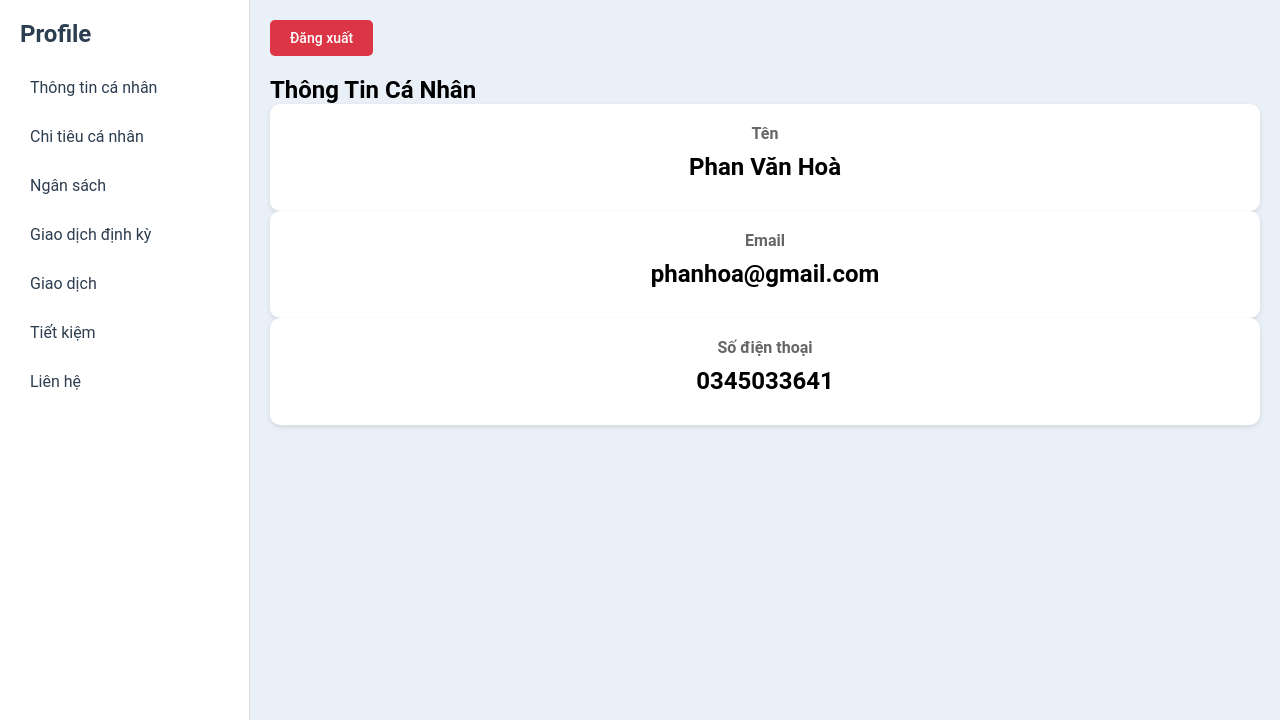
Repository: PhanVanHoa051204/Project3
Page: http://localhost/Project3/profile.jsp
The author's editor kept a copy of each file at every save. The page is drawn from the files as they stood at one save, then again after the next save.
The browser window is 1280 px wide. The pictures show the whole page.
The page is served by Tomcat 9. Other server files are loaded and not shown.

Above is the page before, as saved 2025-03-14 14:24:22.

### PhanVanHoa_2210900023_K22CNT1/Project3/src/main/webapp/profile.jsp
<%@ page language="java" contentType="text/html; charset=UTF-8" pageEncoding="UTF-8"%>
<!DOCTYPE html>
<html lang="en">
<head>
    <meta charset="UTF-8">
    <meta name="viewport" content="width=device-width, initial-scale=1.0">
    <title>Profile</title>
    <link rel="stylesheet" href="style.css">
</head>
<body>
    <div class="container">
        <!-- Sidebar -->
        <div class="sidebar">
            <div class="logo">Profile</div>
            <ul>
                <li><a href="#">Thông tin cá nhân</a></li>

                <li><a href="${pageContext.request.contextPath}/ChiTieu/categories.jsp">Chi tiêu cá nhân</a></li>
                <li><a href="#"> Ngân sách</a></li>
                <li><a href="#"> Giao dịch định kỳ</a></li>
                <li><a href="#"> Giao dịch</a></li>
                <li><a href="#">Tiết kiệm</a></li>
                <li><a href="https://web.facebook.com/PhanHoa05122004">Liên hệ</a></li>
            </ul>
        </div>

        <!-- Main Content -->
        <div class="main-content">
            <header>
                <div class="submit-section">
                    <a href="login.jsp" class="logout-btn">Đăng xuất</a>
                </div>
            </header>

            <!-- Profile Content -->
            <div class="dashboard-content">
                <h2>Thông Tin Cá Nhân</h2>
                <div class="profile-cards">
                    <div class="card">
                        <h3>Tên</h3>
                        <p>Phan Văn Hoà</p>
                    </div>
                    <div class="card">
                        <h3>Email</h3>
                        <p>phanhoa@gmail.com</p>
                    </div>
                    <div class="card">
                        <h3>Số điện thoại</h3>
                        <p>0345033641</p>
                    </div>
                </div>


            </div>
        </div>
    </div>
</body>
</html>

### PhanVanHoa_2210900023_K22CNT1/Project3/src/main/webapp/style.css
* {
    margin: 0;
    padding: 0;
    box-sizing: border-box;
    font-family: 'Roboto', sans-serif;
}

body {
    background-color: #E9F0F7;
}

.container {
    display: flex;
}

/* Sidebar */
.sidebar {
    width: 250px;
    background-color: #fff;
    padding: 20px;
    height: 100vh;
    border-right: 1px solid #ddd;
}

.logo {
    font-size: 24px;
    font-weight: bold;
    color: #2C3E50;
    margin-bottom: 20px;
}

.sidebar ul {
    list-style: none;
}

.sidebar ul li {
    margin: 10px 0;
}

.sidebar ul li a {
    text-decoration: none;
    color: #2C3E50;
    display: block;
    padding: 10px;
    border-radius: 5px;
}

.sidebar ul li.active a {
    background-color: #007BFF;
    color: #fff;
}

/* Main Content */
.main-content {
    flex: 1;
    padding: 20px;
}

header {
    display: flex;
    justify-content: space-between;
    align-items: center;
    margin-bottom: 20px;
}

.submit-section {
    display: flex;
    align-items: center;
}

/* Định dạng nút Đăng xuất */
.logout-btn {
    text-decoration: none;
    color: #fff;
    background-color: #DC3545; /* Màu đỏ cho nút Đăng xuất */
    padding: 10px 20px;
    border-radius: 5px;
    transition: background-color 0.3s;
    font-size: 14px;
    font-weight: 500;
    display: inline-block;
}

.logout-btn:hover {
    background-color: #C82333; /* Màu đỏ đậm hơn khi hover */
}

.logout-btn:focus {
    outline: none;
    box-shadow: 0 0 5px rgba(220, 53, 69, 0.5);
}

.search-bar input {
    padding: 8px;
    border: 1px solid #ddd;
    border-radius: 5px;
    width: 300px;
}

.user-info {
    display: flex;
    align-items: center;
}

.user-info span {
    margin-right: 10px;
}

.avatar {
    width: 40px;
    height: 40px;
    border-radius: 50%;
}

/* Cards */
.cards {
    display: flex;
    gap: 20px;
    margin-bottom: 20px;
}

.card {
    background-color: #fff;
    padding: 20px;
    border-radius: 10px;
    flex: 1;
    text-align: center;
    box-shadow: 0 2px 5px rgba(0, 0, 0, 0.1);
}

.card h3 {
    font-size: 16px;
    color: #666;
}

.card p {
    font-size: 24px;
    font-weight: bold;
    margin: 10px 0;
}

.increase {
    color: #28A745;
}

.decrease {
    color: #F39C12;
}

/* Chart Section */
.chart-section {
    background-color: #fff;
    padding: 20px;
    border-radius: 10px;
    margin-bottom: 20px;
}

.chart-section h3 {
    margin-bottom: 10px;
}

/* Recent Activity */
.recent-activity {
    background-color: #fff;
    padding: 20px;
    border-radius: 10px;
    margin-bottom: 20px;
    width: 30%;
    float: right;
}

.recent-activity ul {
    list-style: none;
}

.recent-activity li {
    margin: 10px 0;
}

.dot {
    display: inline-block;
    width: 10px;
    height: 10px;
    border-radius: 50%;
    margin-right: 10px;
}

.green { background-color: #28A745; }
.red { background-color: #DC3545; }
.blue { background-color: #007BFF; }
.yellow { background-color: #F39C12; }

/* Budget Report */
.budget-report {
    background-color: #fff;
    padding: 20px;
    border-radius: 10px;
    width: 30%;
    float: right;
    margin-bottom: 20px;
}

/* Recent Sales */
.recent-sales {
    background-color: #fff;
    padding: 20px;
    border-radius: 10px;
    clear: both;
}

.recent-sales table {
    width: 100%;
    border-collapse: collapse;
}

.recent-sales th, .recent-sales td {
    padding: 10px;
    text-align: left;
    border-bottom: 1px solid #ddd;
}

.table-footer {
    display: flex;
    justify-content: space-between;
    margin-top: 10px;
}

.table-footer select, .table-footer input {
    padding: 8px;
    border: 1px solid #ddd;
    border-radius: 5px;
}

After the next save:
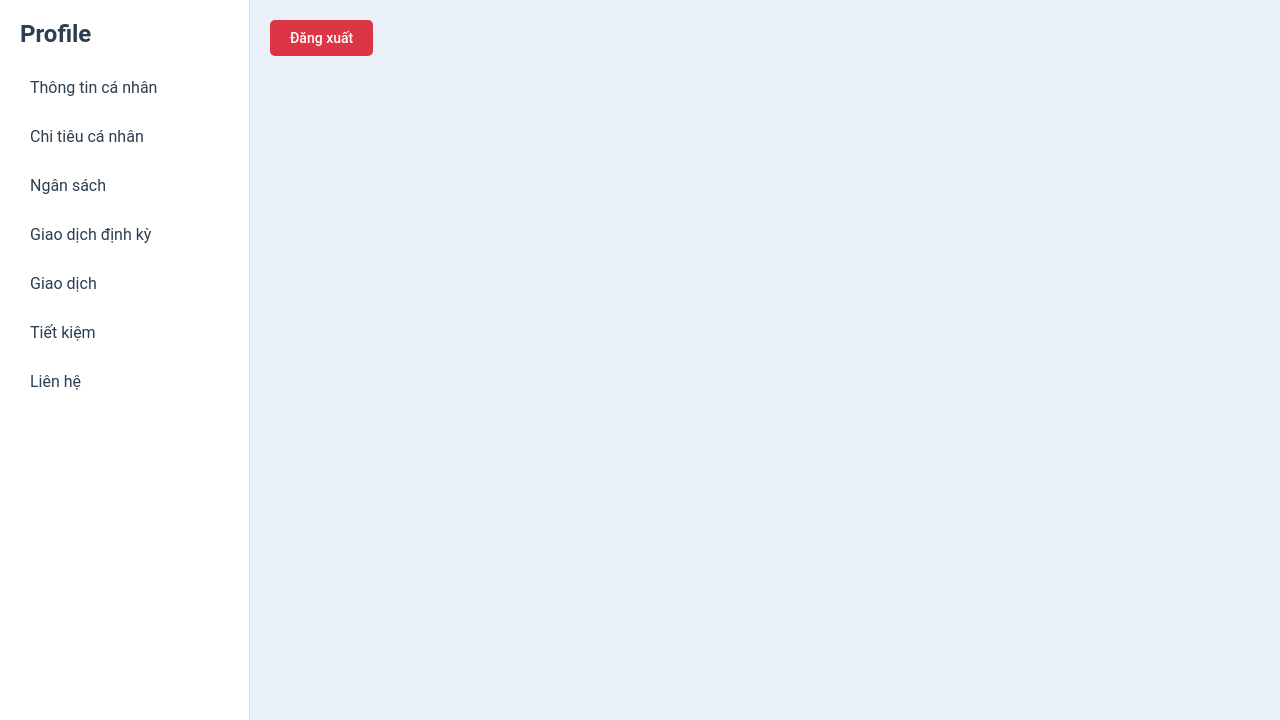
Saved 3 min 29 s later.
--- a/PhanVanHoa_2210900023_K22CNT1/Project3/src/main/webapp/profile.jsp
+++ b/PhanVanHoa_2210900023_K22CNT1/Project3/src/main/webapp/profile.jsp
@@ -34,21 +34,7 @@
 
             <!-- Profile Content -->
             <div class="dashboard-content">
-                <h2>Thông Tin Cá Nhân</h2>
-                <div class="profile-cards">
-                    <div class="card">
-                        <h3>Tên</h3>
-                        <p>Phan Văn Hoà</p>
-                    </div>
-                    <div class="card">
-                        <h3>Email</h3>
-                        <p>phanhoa@gmail.com</p>
-                    </div>
-                    <div class="card">
-                        <h3>Số điện thoại</h3>
-                        <p>0345033641</p>
-                    </div>
-                </div>
+
 
 
             </div>
